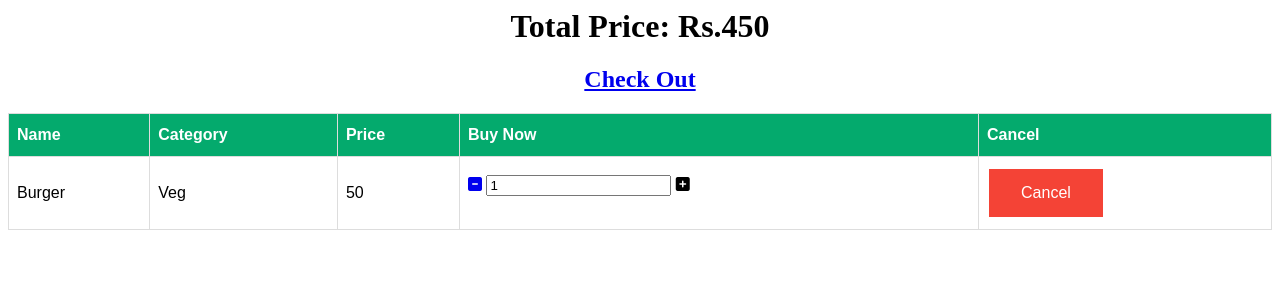
Repository: Shreya200012/FoodBox
Page: http://localhost/foodWeb/cart.jsp
The author's editor kept a copy of each file at every save. The page is drawn from the files as they stood at one save, then again after the next save.
The browser window is 1280 px wide. The pictures show the whole page.
Some web libraries are served in a nearby version. The page is served by Tomcat 9. Other server files are loaded and not shown.

Above is the page before, as saved 2022-06-13 17:55:23.

### foodWeb/src/main/webapp/cart.jsp
<%@ page language="java" contentType="text/html; charset=ISO-8859-1"
    pageEncoding="ISO-8859-1"%>
<link rel="stylesheet" href="https://cdnjs.cloudflare.com/ajax/libs/font-awesome/6.1.1/css/all.min.css" />
<!DOCTYPE html>
<html>
<head>
<title>Cart Page</title>
<style>
#customers {
  font-family: Arial, Helvetica, sans-serif;
  border-collapse: collapse;
  width: 100%;
}

#customers td, #customers th {
  border: 1px solid #ddd;
  padding: 8px;
}

#customers tr:nth-child(even){background-color: #f2f2f2;}

#customers tr:hover {background-color: #ddd;}

#customers th {
  padding-top: 12px;
  padding-bottom: 12px;
  text-align: left;
  background-color: #04AA6D;
  color: white;
}
.button {
  background-color: #4CAF50; /* Green */
  border: none;
  color: white;
  padding: 15px 32px;
  text-align: center;
  text-decoration: none;
  display: inline-block;
  font-size: 16px;
  margin: 4px 2px;
  cursor: pointer;
}
.button3 {background-color: #f44336;} /* Red */
</style>
</head>
<body>
<div class="container">
<div class="d-flex py-3">
<h1 align="center">Total Price: Rs.450</h1>
<a class="mx-3 btn btn-primary" href="#" align="center"><h2>Check Out</h2></a>
</div>
<table id="customers">
<thead>
<tr>
<th scope="col">Name</th>
<th scope="col">Category</th>
<th scope="col">Price</th>
<th scope="col">Buy Now</th>
<th scope="col">Cancel</th>
</tr>
</thead>
<tbody>
<tr>
<td>Burger</td>
<td>Veg</td>
<td>50</td>
<td>
<form action="" method="post" class="form-inline">
<input type="hidden" name="id" value="1" class="form-input">
<div class="form-group d-flex justify-content-between">
<a class"btn btn-sm btn-decre" href=" "><i class="fas fa-minus-square"></i></a>
<input type="text" name="quantity" class="form-control" value="1" readonly>
<a class="btn btn-sm btn-incre"><i class="fas fa-plus-square"></i></a>
</td>
<td>
<button class="button button3">Cancel</button>
</td>


</div>

</form>

</tbody>
</table>

</div>



</body>

After the next save:
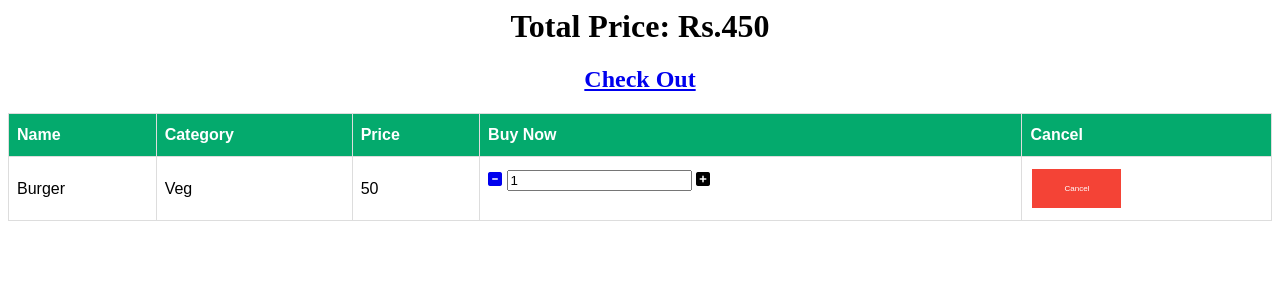
Saved 17 s later.
--- a/foodWeb/src/main/webapp/cart.jsp
+++ b/foodWeb/src/main/webapp/cart.jsp
@@ -36,7 +36,7 @@
   text-align: center;
   text-decoration: none;
   display: inline-block;
-  font-size: 16px;
+  font-size: 8px;
   margin: 4px 2px;
   cursor: pointer;
 }
